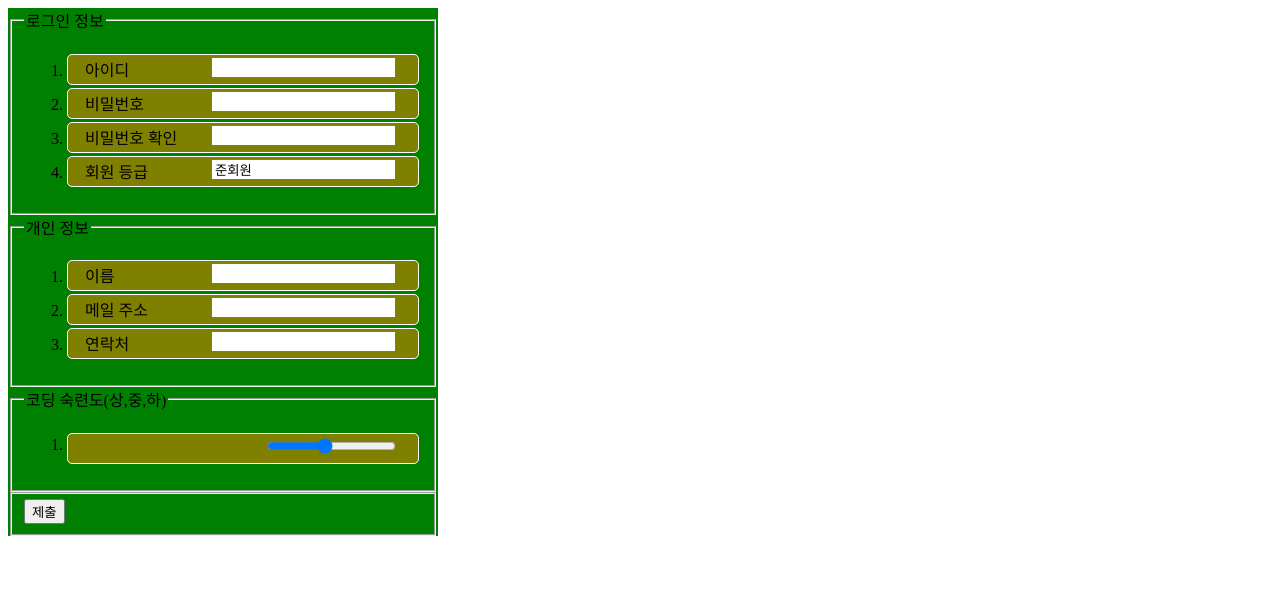
Repository: giwon8701/Qclass_KH
Page: Workspace_Java/testWebProject/test.html
An editor plug-in stored every save of this project. The page is shown before and after the next save, followed by the edit.
The browser window is 1280 px wide. The pictures show the whole page.

Above is the page before, as saved 2021-01-11 02:28:43.

### Workspace_Java/testWebProject/test.html
<head>
</head><!doctype html>
<html lang="ko">
<head>
<meta charset="UTF-8">
<link href="test_css.css" rel="stylesheet" type="text/css">
</head>

<body>
<form class="navi">
	<fieldset>
		<legend>로그인 정보</legend>
		<ol>
			<li>
				<label>아이디</label>
				<input type="text" id="id">
			</li>

			<li>
				<label>비밀번호</label>
				<input type="text" id="pw">
			</li>

			<li>
				<label>비밀번호 확인</label>
				<input type="text" id="pw_confirm">
			</li>

			<li>
				<label>회원 등급</label>
				<input type="text" id="grade" value="준회원">
			</li>
		</ol>
	</fieldset>

	<fieldset>
		<legend>개인 정보</legend>
		<ol>
			<li>
				<label>이름</label>
				<input type="text" id="name">
			</li>

			<li>
				<label>메일 주소</label>
				<input type="text" id="email">
			</li>

			<li>
				<label>연락처</label>
				<input type="text" id="phone_number">
			</li>
		</ol>
	</fieldset>

	<fieldset>
		<legend>코딩 숙련도(상,중,하)</legend>
		<ol>
			<li>
				<input type="range" id="coding_level" min="1" max="10" step="2">
			</li>
		</ol>
	</fieldset>

	<fieldset>
		<input type="submit" value="제출">
	</fieldset>
</form>
</body>
</html>

### Workspace_Java/testWebProject/test_css.css
.navi {
	background: green;
	width: 430px;
}
.navi ol li {
	border-style: solid;
	border-width: thin;
	border-color: white;
	border-radius: 5px;
	height: 25px;
	margin: 3px;
	padding: 2px;
	background: olive;
}
.navi ol li label {
	width: 100px;
	padding: 15px;
}
.navi ol li input {
	float: right;
	margin-right: 20px;
}

After the next save:
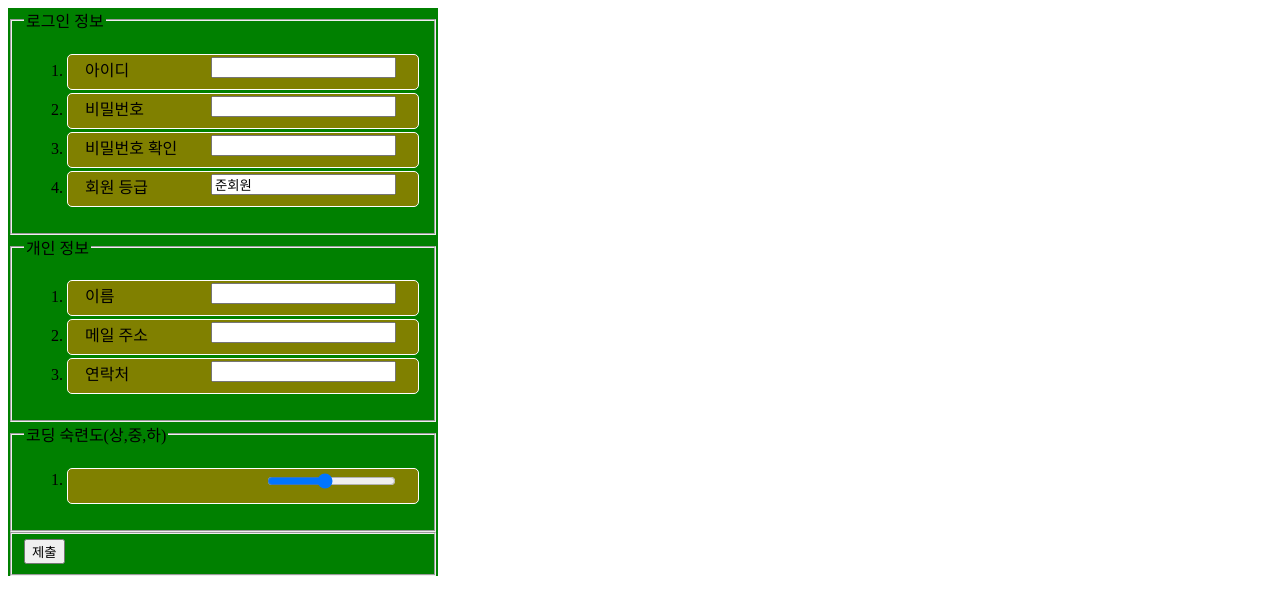
Saved 7 s later.
--- a/Workspace_Java/testWebProject/test_css.css
+++ b/Workspace_Java/testWebProject/test_css.css
@@ -7,7 +7,7 @@
 	border-width: thin;
 	border-color: white;
 	border-radius: 5px;
-	height: 25px;
+	height: 30px;
 	margin: 3px;
 	padding: 2px;
 	background: olive;
